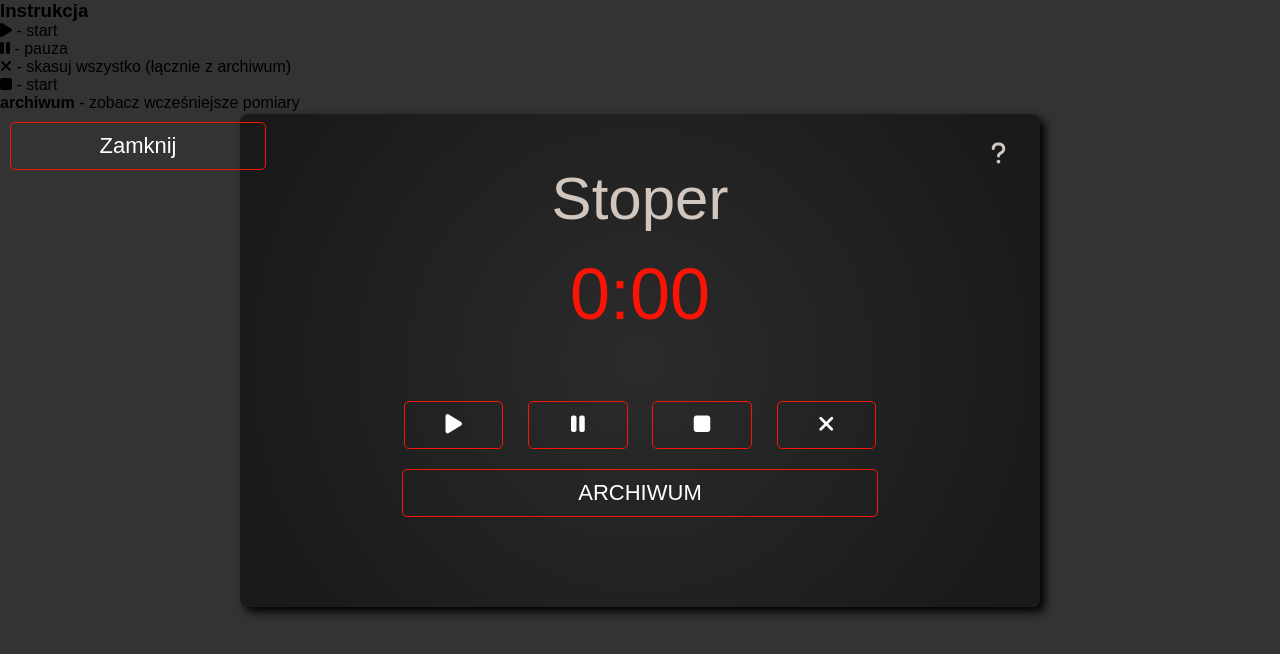
Repository: KrzysKolo/Projekt-5_Stoper
Page: index.html
These files come from the project's save history. The page is drawn as it stood at one moment and after the next save; the edit follows.
The browser window is 1280 px wide. The pictures show the whole page.
Some web fonts or font styles are not loaded; a fallback is used. Some web libraries are served in a nearby version.

Above is the page before, as saved 2020-07-05 17:25:47.

After the next save:
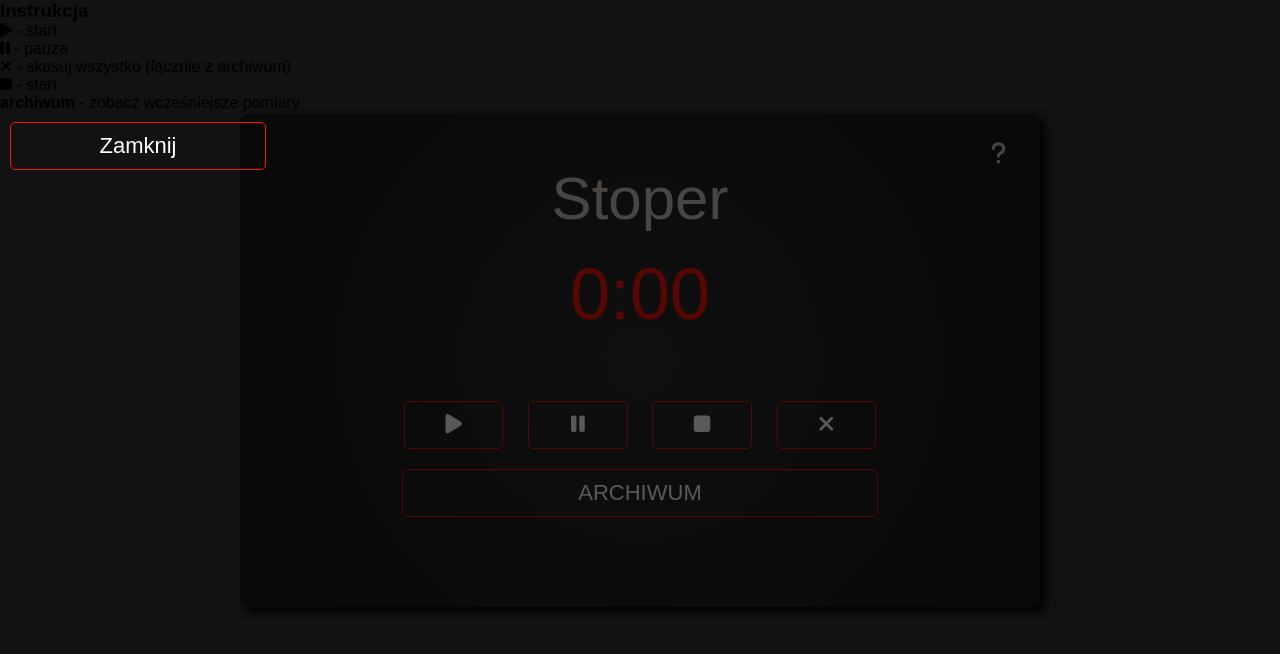
Saved 38 s later.
--- a/css/style.css
+++ b/css/style.css
@@ -102,4 +102,5 @@ time-list span {
   position: absolute;
   width: 100%;
   height: 100%;
+  background-color: rgba(0, 0, 0, 0.65);
 }
